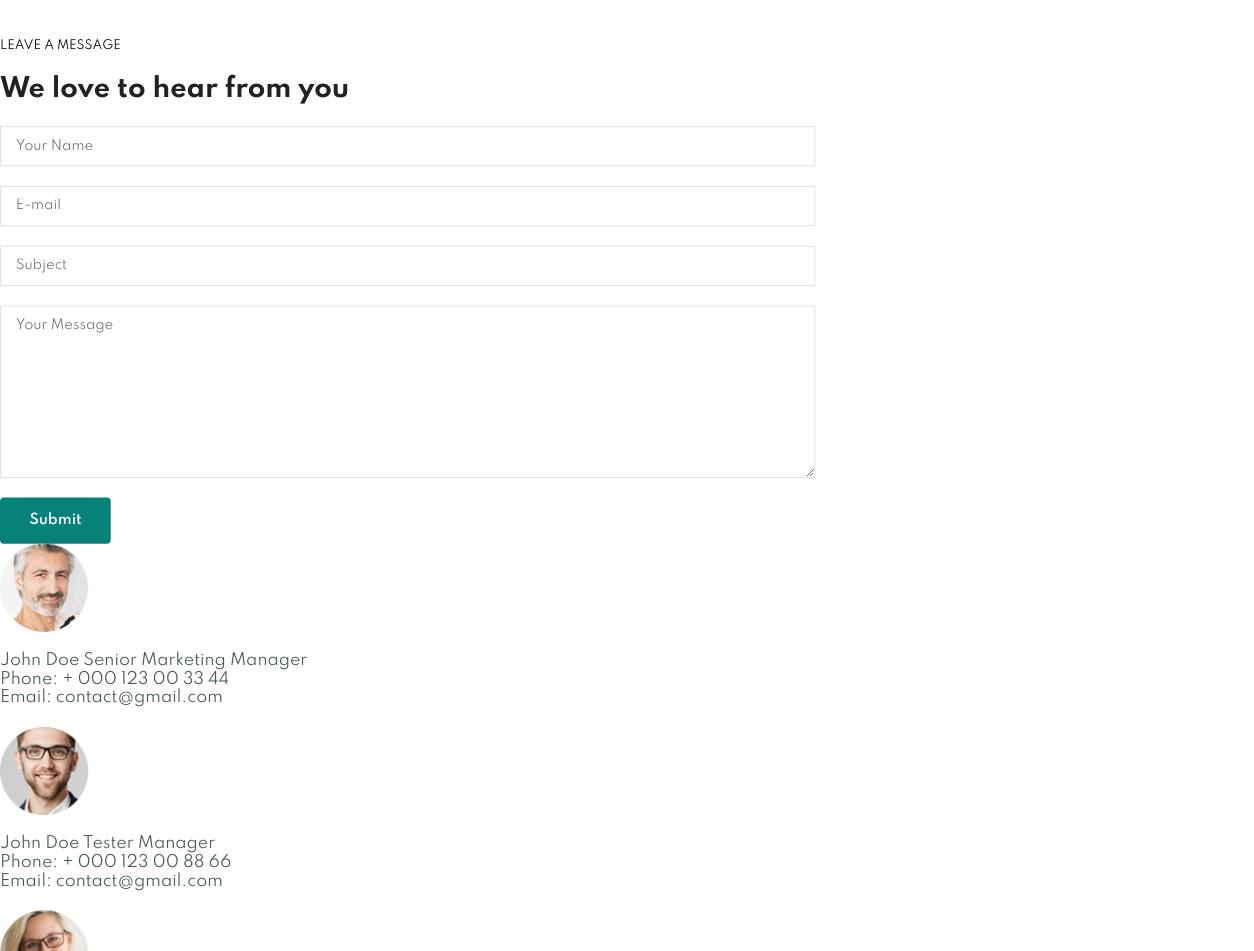
Repository: MinhNhatIT2901/Ecommerce
Page: contact.html
An editor plug-in stored every save of this project. The page is shown before and after the next save, followed by the edit.
The browser window is 1280 px wide. The pictures show the part of the page from y = 813 to 1783 px (the page is 2562 px tall before and 2396 px after), at 98% of full size.
Pictures or frames that could not be fetched are drawn as grey boxes. Some web libraries are served in a nearby version.

Above is the page before, as saved 2022-01-19 21:22:58.

### contact.html
<!DOCTYPE html>
<html lang="en">
<head>
    <meta charset="UTF-8">
    <meta http-equiv="X-UA-Compatible" content="IE=edge">
    <meta name="viewport" content="width=device-width, initial-scale=1.0">
    <title>Ecommerce</title>
    <link rel="stylesheet" href="https://pro.fontawesome.com/releases/v5.10.0/css/all.css" integrity="sha384-AYmEC3Yw5cVb3ZcuHtOA93w35dYTsvhLPVnYs9eStHfGJvOvKxVfELGroGkvsg+p" crossorigin="anonymous"/>
    <link rel="stylesheet" href="./styles/style.css">
</head>
<body>

    <section id="header">
        <a href="">
            <img src="./imgs/img/logo.png" alt="" class="logo">
        </a>
        <div>
            <ul id="navbar">
                <li><a href="index.html">Home</a></li>
                <li><a href="shop.html">Shop</a></li>
                <li><a href="blog.html">Blog</a></li>
                <li><a href="about.html">About</a></li>
                <li><a class="active" href="contact.html">Contact</a></li>
                <li id="lg-bar"><a href="cart.html"><i class="far fa-shopping-bag"></i></a></li>
                <li><a href="login.html"><i class="fas fa-user"></i></a></li>
                <a href="#" id="close">
                    <i class="far fa-times"></i>
                </a>
            </ul>
        </div>
        <div id="mobile">
            <a href="cart.html"><i class="far fa-shopping-bag"></i></a>
            <i id="bar" class="fas fa-outdent"></i>
        </div>
    </section>

    <section id="page-header" class="about-header">
        <h2>#let's_talk</h2>
        <p>LEAVE A MESSAGE, We love to hear from you!</p>
    </section>

    <section class="contact-details section-p1">
        <div class="details">
            <span>GET IN TOUCH</span>
            <h2>Visit one of our agency locations or contact us today</h2>
            <h3>Head Office</h3>
            <div>
                <li>
                    <i class="fal fa-map"></i>
                    <p>56 Glassford Street Glasgow G1 1UL New York</p>
                </li>
                <li>
                    <i class="far fa-envelope"></i>
                    <p>contact@gmail.com</p>
                </li>
                <li>
                    <i class="fas fa-phone-alt"></i>
                    <p>+84 456 9999</p>
                </li>
                <li>
                    <i class="far fa-clock"></i>
                    <p>Monday to Saturday: 9.00am to 16.pm</p>
                </li>
            </div>
        </div>
        <div class="map">
            <iframe src="https://www.google.com/maps/embed?pb=!1m18!1m12!1m3!1d2469.808984134499!2d-1.2565554842535356!3d51.754816379676555!2m3!1f0!2f0!3f0!3m2!1i1024!2i768!4f13.1!3m3!1m2!1s0x4876c6a9ef8c485b%3A0xd2ff1883a001afed!2zxJDhuqFpIGjhu41jIE94Zm9yZA!5e0!3m2!1svi!2s!4v1642600581756!5m2!1svi!2s" width="600" height="450" style="border:0;" allowfullscreen="" loading="lazy"></iframe>
        </div>
    </section>

    <section id="form-details">
        <form action="">
            <span>LEAVE A MESSAGE</span>
            <h2>We love to hear from you</h2>
            <input type="text" placeholder="Your Name">
            <input type="text" placeholder="E-mail">
            <input type="text" placeholder="Subject">
            <textarea name="" id="" cols="30" rows="10" placeholder="Your Message"></textarea>
            <button class="normal">Submit</button>
        </form>

        <div class="people">
            <div>
                <img src="./imgs/img/people/1.png" alt="">
                <p><span>John Doe</span> Senior Marketing Manager <br> Phone: + 000 123
                    00 33 44 <br>Email: contact@gmail.com</p>
            </div>
            <div>
                <img src="./imgs/img/people/2.png" alt="">
                <p><span>John Doe</span> Tester Manager <br> Phone: + 000 123
                    00 88 66 <br>Email: contact@gmail.com</p>
            </div>
            <div>
                <img src="./imgs/img/people/3.png" alt="">
                <p><span>John Doe</span> Senior Marketing Manager <br> Phone: + 000 123
                    00 99 88 <br>Email: contact@gmail.com</p>
            </div>
        </div>
    </section>

    <section id="newsletter" class="section-p1 section-m1">
        <div class="newstext">
            <h4>Sign Up For Newsletters</h4>
            <p>Get E-mail uppdates about our latest shop and <span>special offers</span></p>
        </div>
        <div class="form">
            <input type="text" placeholder="Your email address">
            <button class="normal">Sign Up</button>
        </div>
    </section>

    <footer class="section-p1">
        <div class="col">
            <img  class="logo" src="imgs/img/logo.png" alt="">
            <h4>Contact</h4>
            <p><strong>Address: </strong> 562 Wellington Road, Street 32, San Francisco</p>
            <p><strong>Phone:</strong> +01 2222 365 /(+91) e1 2345 6789</p>
            <p><strong>Hours:</strong> 10:00 - 18:00, Mon - Sat</p>
            <div class="follow">
                <h4>Follow us</h4>
                <div class="icon">
                    <i class="fab fa-facebook-f"></i>
                    <i class="fab fa-twitter"></i>
                    <i class="fab fa-instagram"></i>
                    <i class="fab fa-pinterest-p"></i>
                    <i class="fab fa-youtube"></i>
                </div>
            </div>
        </div>

        <div class="col">
            <h4>About</h4>
            <a href="#">About us</a>
            <a href="#">Delivery Information</a>
            <a href="#">Privacy Policy</a>
            <a href="#">Terms & Conditions</a>
            <a href="#">Contact Us</a>
        </div>

        <div class="col">
            <h4>My Account</h4>
            <a href="#">Sign In</a>
            <a href="#">View Cart</a>
            <a href="#">My Wishlist</a>
            <a href="#">Track My Order</a>
            <a href="#">Help</a>
        </div>

        <div class="col install">
            <h4>Install App</h4>
            <p>From App Store or Google Play</p>
            <div class="row">
                <img src="imgs/img/pay/app.jpg" alt="">
                <img src="imgs/img/pay/play.jpg" alt="">
            </div>
            <p>Secured Payment Gateways </p>
            <img src="imgs/img/pay/pay.png" alt="">
        </div>
    </footer>
    <div class="copyright">
        <p>® 2021, Tech2 etc HTML CSS Ecommerce Templatek</p>
    </div>
    <script src="./styles/style.js"></script>
</body>
</html>

### styles/style.css
@import url("https://fonts.googleapis.com/css2?family=Poppins:wght@400;500;600;700&family=Spartan:wght@400;500;600;700&display=swap");

:root {
  --primary-color: #088178;
}
* {
  padding: 0;
  margin: 0;
  box-sizing: border-box;
  font-family: "Spartan", sans-serif;
}

h1 {
  font-size: 50px;
  line-height: 64px;
  color: #222;
}

h2 {
  font-size: 46px;
  line-height: 54px;
  color: #222;
}

h4 {
  font-size: 20px;
  color: #222;
}

h6 {
  font-weight: 700;
  font-size: 12px;
}

p {
  font-size: 16px;
  color: #465b52;
  margin: 15px 0 20px 0;
}

.section-p1 {
  padding: 40px 80px;
}

.section-m1 {
  margin: 40px 0;
}

button.normal {
  font-size: 14px;
  font-weight: 600;
  padding: 15px 30px;
  color: #000;
  background-color: #fff;
  cursor: pointer;
  border-radius: 4px;
  outline: none;
  transition: 0.25s;
  border: none;
}

button.white {
  font-size: 13px;
  font-weight: 600;
  padding: 11px 18px;
  color: #fff;
  background-color: transparent;
  cursor: pointer;
  outline: none;
  transition: 0.25s;
  border: 1px solid #fff;
  transition: 0.25s ease;
}

body {
  width: 100%;
}

/* Header */
#header {
  display: flex;
  align-items: center;
  justify-content: space-between;
  padding: 20px 80px;
  background: #e3e6f3;
  box-shadow: 0 5px 15px rgba(0, 0, 0, 0.06);
  z-index: 100;
  position: sticky;
  top: 0;
  left: 0;
}

#navbar {
  display: flex;
  align-items: center;
  justify-content: center;
}

#navbar li {
  list-style: none;
  padding: 0 20px;
  position: relative;
}

#navbar li a {
  text-decoration: none;
  font-size: 16px;
  font-weight: 600;
  color: #1a1a1a;
  transition: 0.25s ease;
}

#navbar li a:hover,
#navbar li a.active {
  color: var(--primary-color);
}

#navbar li a.active::after,
#navbar li a:hover::after {
  content: "";
  width: 30%;
  height: 2px;
  position: absolute;
  bottom: -4px;
  left: 20px;
  background: var(--primary-color);
}

#mobile {
  display: none;
  align-items: center;
}

#close {
  display: none;
}

/* Page home */
#hero {
  background-image: url("/imgs/img/hero4.png");
  height: 90vh;
  width: 100%;
  background-position: top 25% right 0;
  background-size: cover;
  padding: 0 80px;
  display: flex;
  align-items: flex-start;
  justify-content: center;
  flex-direction: column;
}

#hero h4 {
  padding-bottom: 15px;
}

#hero h1 {
  color: var(--primary-color);
}

#hero button {
  background-image: url("/imgs/img/button.png");
  background-color: transparent;
  color: var(--primary-color);
  border: 0;
  padding: 14px 80px 14px 65px;
  background-repeat: no-repeat;
  font-weight: 700;
  font-size: 15px;
  cursor: pointer;
}

#feature {
  display: flex;
  align-items: center;
  justify-content: space-between;
  flex-wrap: wrap;
}

#feature .fe-box {
  width: 180px;
  text-align: center;
  padding: 25px 15px;
  box-shadow: 20px 20px 34px rgba(0, 0, 0, 0.03);
  border: 1px solid #cce7d0;
  border-radius: 4px;
  margin: 15px 0;
}

#feature .fe-box:hover {
  box-shadow: 10px 10px 54px rgba(70, 62, 221, 0.1);
  cursor: pointer;
}

#feature .fe-box img {
  width: 100%;
  margin-bottom: 10px;
}

#feature .fe-box h6 {
  padding: 9px 8px 6px 8px;
  line-height: 1;
  border-radius: 4px;
  color: #088178;
  background-color: #fddde4;
}

#feature .fe-box:nth-child(2) h6 {
  background-color: #cdebbc;
}

#feature .fe-box:nth-child(3) h6 {
  background-color: #d1e8f2;
}

#feature .fe-box:nth-child(4) h6 {
  background-color: #cdd4f8;
}

#feature .fe-box:nth-child(5) h6 {
  background-color: #f6dbf6;
}

#feature .fe-box:nth-child(6) h6 {
  background-color: #fff2e5;
}

#product1 {
  text-align: center;
}

#product1 .pro-container {
  display: flex;
  justify-content: space-between;
  padding-top: 20px;
  flex-wrap: wrap;
}

#product1 .pro {
  width: 23%;
  min-width: 250px;
  padding: 10px 12px;
  border: 1px solid #cce7d0;
  border-radius: 25px;
  cursor: pointer;
  box-shadow: 20px 20px 30px rgba(0, 0, 0, 0.02);
  margin: 15px 0;
  transition: 0.25s ease-in;
  position: relative;
}

#product1 .pro:hover {
  box-shadow: 20px 20px 30px rgba(0, 0, 0, 0.06);
}

#product1 .pro img {
  width: 100%;
  border-radius: 20px;
}

#product1 .pro .des {
  text-align: start;
  padding: 10px 0;
}

#product1 .pro .des span {
  color: #606060;
  font-size: 12px;
}

#product1 .pro .des h5 {
  padding-top: 7px;
  color: #1a1a1a;
  font-size: 14px;
}

#product1 .pro .des i {
  font-size: 12px;
  color: rgb(243, 181, 25);
}

#product1 .pro .des h4 {
  padding-top: 17px;
  font-size: 15px;
  font-weight: 700;
  color: var(--primary-color);
}

#product1 .pro .cart {
  width: 40px;
  height: 40px;
  line-height: 40px;
  border-radius: 50px;
  background-color: #e8f6ea;
  color: var(--primary-color);
  border: 1px solid #cce7d0;
  right: 10px;
  position: absolute;
  bottom: 20px;
}

#product1 .pro .cart:hover {
  background-color: #a2fab0;
}

#banner {
  display: flex;
  flex-direction: column;
  justify-content: center;
  align-items: center;
  text-align: center;
  background-image: url("/imgs/img/banner/b2.jpg");
  width: 100%;
  height: 40vh;
  background-size: cover;
  background-position: center;
}

#banner h4 {
  color: #fff;
  font-size: 16px;
}

#banner h2 {
  color: #fff;
  font-size: 30px;
  padding: 10px 0;
}

#banner h2 span {
  color: #ef3636;
}

#banner button:hover {
  background-color: var(--primary-color);
  color: #fff;
}

#sm-banner {
  display: flex;
  justify-content: space-between;
  flex-wrap: wrap;
}

#sm-banner .banner-box {
  display: flex;
  flex-direction: column;
  justify-content: center;
  align-items: flex-start;
  background-image: url("/imgs/img/banner/b17.jpg");
  min-width: 660px;
  height: 50vh;
  background-size: cover;
  background-position: center;
  padding: 30px;
}

#sm-banner h4 {
  color: #fff;
  font-size: 30px;
  font-weight: 300;
}

#sm-banner h2 {
  color: #fff;
  font-size: 28px;
  font-weight: 800;
}

#sm-banner span {
  color: #fff;
  font-size: 16px;
  font-weight: 300;
  padding-bottom: 15px;
}

#sm-banner .banner-box:hover button {
  background: var(--primary-color);
  border: 1px solid var(--primary-color);
}

#sm-banner .banner-box2 {
  background-image: url("/imgs/img/banner/b10.jpg");
}

#banner3 {
  display: flex;
  justify-content: space-between;
  flex-wrap: wrap;
  padding: 0 80px;
}

#banner3 .banner-box {
  display: flex;
  flex-direction: column;
  justify-content: center;
  align-items: flex-start;
  background-image: url("/imgs/img/banner/b7.jpg");
  min-width: 30%;
  height: 30vh;
  background-size: cover;
  background-position: center;
  padding: 20px;
}

#banner3 h2 {
  color: #fff;
  font-weight: 900;
  font-size: 22px;
}

#banner3 h3 {
  color: red;
  font-weight: 800;
  font-size: 15px;
}

#banner3 .banner-box2 {
  background-image: url("/imgs/img/banner/b4.jpg");
}

#banner3 .banner-box3 {
  background-image: url("/imgs/img/banner/b18.jpg");
}

#newsletter {
  display: flex;
  justify-content: space-between;
  flex-wrap: wrap;
  text-align: center;
  background-image: url("/imgs/img/banner/b14.jpg");
  background-repeat: no-repeat;
  background-position: 20% 30%;
  background-color: #041e42;
}

#newsletter h4 {
  font-size: 22px;
  font-weight: 600;
  color: #fff;
}

#newsletter p {
  font-size: 22px;
  font-weight: 600;
  color: #818ea0;
}

#newsletter p span {
  color: #ffbd27;
}

#newsletter .form {
  display: flex;
  height: 3.123rem;
}

.form-input {
  padding: 0 1.25rem;
  font-size: 14px;
  border: 1px solid transparent;
  border-radius: 4px;
  outline: none;
  border-top-right-radius: 0;
  border-bottom-right-radius: 0;
  position: relative;
}

.form-input:focus {
  border-color: #210af7;
}

#newsletter button {
  background-color: var(--primary-color);
  color: #fff;
  white-space: nowrap;
  border-top-left-radius: 0;
  border-bottom-left-radius: 0;
}

footer {
  display: flex;
  flex-wrap: wrap;
  justify-content: space-between;
}

footer .col {
  display: flex;
  flex-direction: column;
  align-items: flex-start;
  margin-bottom: 20px;
}

footer .logo {
  margin-bottom: 30px;
}

footer h4 {
  font-size: 14px;
  padding-bottom: 20px;
}

footer p {
  font-size: 13px;
  margin: 0 0 8px 0;
}

footer a {
  font-size: 13px;
  text-decoration: none;
  color: #222;
  margin-bottom: 10px;
}

footer .follow {
  margin-top: 20px;
}

footer .follow i {
  color: #465b52;
  padding-right: 4px;
  cursor: pointer;
}

.row img:hover {
  cursor: pointer;
  transform: scale(1.03);
}

footer .install .row img {
  border: 1px solid var(--primary-color);
  border-radius: 6px;
}

footer .install img {
  margin: 10px 0 15px 0;
  transition: transform 0.25s linear;
}

footer .follow i:hover,
footer a:hover {
  color: var(--primary-color);
}

.copyright {
  text-align: center;
}

/* Shop */
#page-header {
  background-image: url("/imgs/img/banner/b1.jpg");
  width: 100%;
  height: 40vh;
  background-size: cover;
  display: flex;
  justify-content: center;
  align-items: center;
  text-align: center;
  flex-direction: column;
  padding: 14px;
}

#page-header h2,
#page-header p {
  color: #fff;
}

#pagination {
  text-align: center;
}

#pagination a {
  text-decoration: none;
  background-color: var(--primary-color);
  padding: 15px 20px;
  border-radius: 4px;
  font-weight: 600;
  color: #fff;
}

#pagination a i {
  font-size: 16px;
  font-weight: 600;
}

/* Single Product */
#prodetails {
  display: flex;
  margin-top: 20px;
}
#prodetails .single-pro-img {
  width: 40%;
  margin-right: 50px;
}

.small-img-group {
  display: flex;
  justify-content: space-between;
}

.small-img-col {
  flex-basis: 24%;
  cursor: pointer;
}

.single-pro-details {
  width: 50%;
  padding-top: 30px;
}

.single-pro-details h4 {
  padding: 40px 0 20px 0;
}

.single-pro-details h2 {
  font-size: 26px;
}

.single-pro-details select {
  display: block;
  padding: 5px 10px;
  margin-bottom: 10px;
}

.single-pro-details input {
  width: 50px;
  height: 47px;
  padding-left: 10px;
  font-size: 16px;
  margin-right: 10px;
}

.single-pro-details input:focus {
  outline: none;
}

.single-pro-details button {
  background: var(--primary-color);
  color: #fff;
}

.single-pro-details span {
  line-height: 25px;
}

/* Blog Page */
#page-header.blog-header {
  background-image: url("/imgs/img/banner/b19.jpg");
}

#blog {
  padding: 150px 150px 0 150px;
}

#blog .blog-box {
  position: relative;
  display: flex;
  align-items: center;
  width: 100%;
  padding-bottom: 90px;
}

#blog .blog-img {
  width: 50%;
  margin-right: 40px;
}

#blog img {
  width: 100%;
  height: 300px;
  object-fit: cover;
}

#blog .blog-details {
  width: 50%;
}

#blog .blog-details a {
  text-decoration: none;
  font-size: 11px;
  color: #000;
  font-weight: 700;
  position: relative;
  transition: 0.25 ease;
}

#blog .blog-details a::after {
  content: "";
  width: 50px;
  height: 1px;
  background-color: #000;
  position: absolute;
  top: 4px;
  right: -60px;
}

#blog .blog-details a:hover {
  color: var(--primary-color);
}

#blog .blog-details a:hover::after {
  background-color: var(--primary-color);
}

#blog .blog-box h1 {
  position: absolute;
  top: -40px;
  left: 0;
  font-size: 70px;
  font-weight: 700;
  z-index: -9;
  color: #c9cbce;
}

/* About Page */
#page-header.about-header {
  background-image: url("/imgs/img/about/banner.png");
}

#about-head {
  display: flex;
  align-items: center;
}

#about-head img {
  width: 50%;
  height: auto;
}

#about-head div {
  padding-left: 40px;
}

#about-head div p,
#about-head div abbr {
  line-height: 1.4;
}

#about-app {
  text-align: center;
}

#about-app .video {
  width: 70%;
  height: 100%;
  margin: 30px auto 0;
}

#about-app .video video {
  width: 100%;
  height: 100%;
  border-radius: 20px;
}

/* Contact Page */

.contact-details {
  display: flex;
  align-items: center;
  justify-content: space-between;
}

.contact-details .details {
  width: 40%;
}

.contact-details .details {
  width: 40%;
}

.contact-details .details span,
#form-details form span {
  font-size: 12px;
}

.contact-details .details h2,
#form-details form h2 {
  font-size: 26px;
  line-height: 35px;
  padding: 20px 0;
}

.contact-details .details h3 {
  font-size: 16px;
  padding-bottom: 15px;
}

.contact-details .details li {
  list-style: none;
  display: flex;
  padding: 10px 0;
}

.contact-details .details li i {
  font-size: 14px;
  padding-right: 22px;
}

.contact-details .details li p {
  margin: 0;
  font-size: 14px;
}

.contact-details .map {
  width: 55%;
  height: 400px;
}

.contact-details .map iframe {
  width: 100%;
  height: 100%;
}

#form-details form {
  width: 65%;
  display: flex;
  flex-direction: column;
  align-items: flex-start;
}

#form-details form input,
#form-details form textarea {
  width: 100%;
  padding: 12px 15px;
  outline: none;
  margin-bottom: 20px;
  border: 1px solid #e1e1e1;
}

#form-details form button {
  background-color: #088178;
  color: #fff;
}

/* Reponsive Start Media */
@media (max-width: 799px) {
  .section-p1 {
    padding: 40px 40px;
  }
  #navbar {
    display: flex;
    flex-direction: column;
    align-items: flex-start;
    justify-content: flex-start;
    position: fixed;
    top: 0;
    right: -300px;
    height: 100vh;
    width: 300px;
    background-color: #e3e6f3;
    box-shadow: 0 40px 60px rgba(0, 0, 0, 0.02);
    padding: 80px 0 0 10px;
    transition: 0.25s ease;
  }

  #navbar.active {
    right: 0;
  }

  #navbar li {
    margin-bottom: 25px;
  }

  #mobile {
    display: flex;
    align-items: center;
  }

  #mobile i {
    color: #1a1a1a;
    font-size: 24px;
    padding-left: 20px;
  }

  #close {
    position: absolute;
    top: 30px;
    right: 30px;
    color: #222;
    font-size: 24px;
    display: initial;
  }

  #lg-bar {
    display: none;
  }

  #hero {
    height: 70vh;
    padding: 0 80px;
    display: flex;
    background-position: top 30% right 30%;
  }

  #feature {
    justify-content: center;
  }

  #feature .fe-box {
    margin: 15px;
  }

  #product1 .pro-container {
    justify-content: center;
  }

  #product1 .pro {
    margin: 15px;
  }

  #banner {
    height: 20vh;
  }

  #sm-banner .banner-box {
    min-width: 100%;
    height: 30vh;
  }

  #banner3 {
    padding: 0 40px;
  }

  #banner3 .banner-box {
    width: 28%;
  }

  #newsletter .form {
    width: 100%;
  }
}

@media (max-width: 477px) {
  .section-p1 {
    padding: 20px;
  }

  #header {
    padding: 10px 30px;
  }

  h1 {
    font-size: 38px;
  }

  h2 {
    font-size: 32px;
  }

  #hero {
    padding: 0 20px;
    background-position: 55%;
  }

  #feature {
    justify-content: space-between;
  }

  #feature .fe-box {
    width: 155px;
    margin: 0 0 15px 0;
  }

  #product1 .pro {
    width: 100%;
  }

  #banner {
    height: 40vh;
  }

  #sm-banner .banner-box {
    height: 40vh;
  }

  #sm-banner .banner-box2 {
    margin-top: 20px;
  }

  #banner3 {
    padding: 0 20px;
  }

  #banner3 .banner-box {
    width: 100%;
  }

  #newsletter {
    padding: 40px 20px;
  }

  #newsletter .form {
    width: 100%;
  }

  /* Single Product */
  #prodetails {
    display: flex;
    flex-direction: column;
  }
  #prodetails .single-pro-img {
    width: 100%;
    margin-right: 0px;
  }
  .single-pro-details {
    width: 100%;
  }

  /* Blog Page */
  #blog {
    padding: 100px 20px 0 20px;
  }

  #blog .blog-box {
    display: flex;
    flex-direction: column;
    align-items: flex-start;
  }

  #blog .blog-img {
    width: 100%;
    margin-bottom: 30px;
  }

  #blog .blog-details {
    width: 100%;
  }

  /* About Page */
  #about-head {
    flex-direction: column;
  }

  #about-head img {
    width: 100%;
    margin-bottom: 20px;
  }

  #about-head .video {
    width: 100%;
  }
}

### styles/style.js
const bar = document.getElementById('bar')
const nav = document.getElementById('navbar')
const cl = document.getElementById('close')

if (bar) {
    bar.addEventListener('click', () => {
        nav.classList.add('active')
    })
}

if (cl) {
    cl.addEventListener('click', () => {
        nav.classList.remove('active')
    })
}

After the next save:
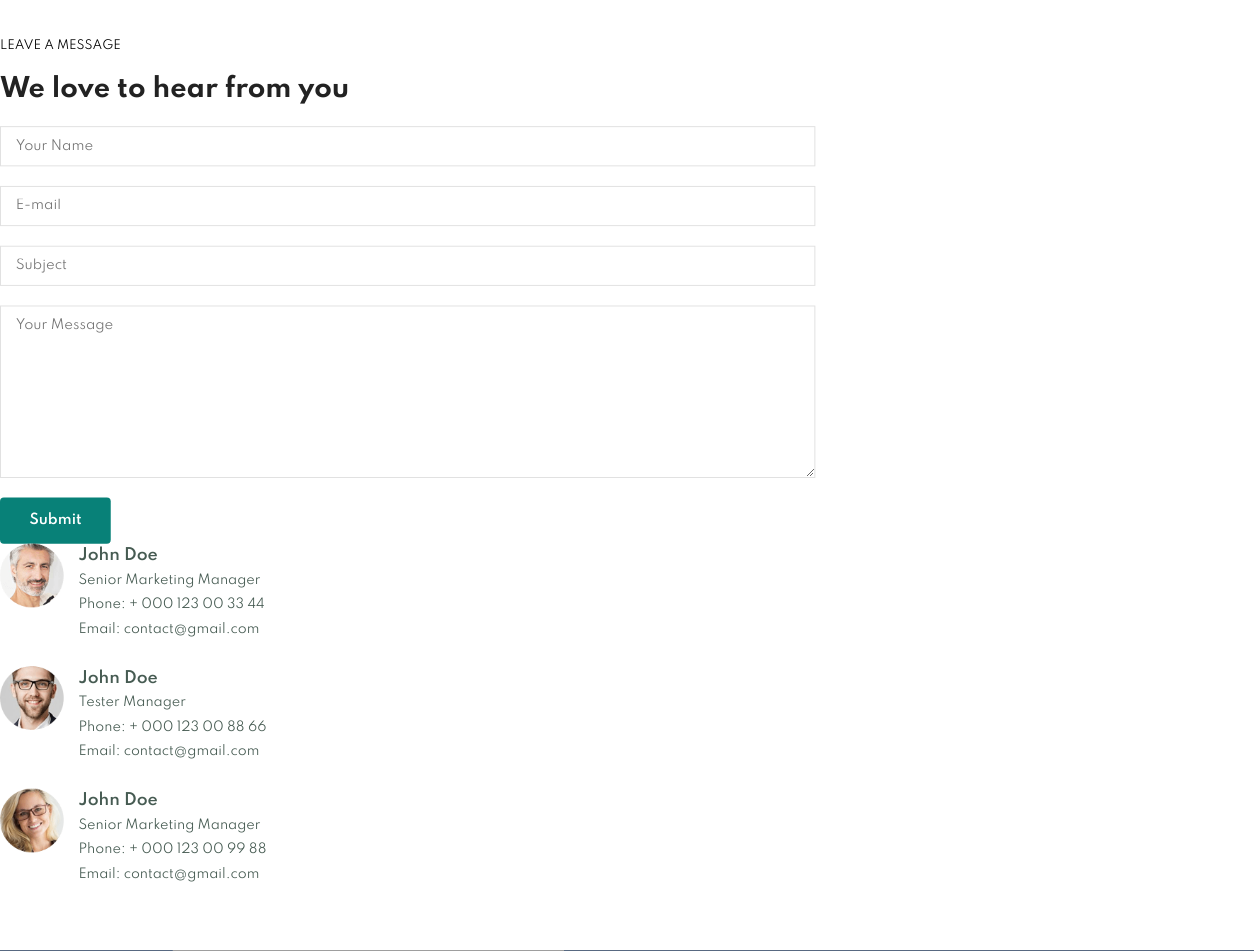
Saved 3 min 14 s later.
--- a/styles/style.css
+++ b/styles/style.css
@@ -829,6 +829,32 @@ footer a:hover {
 #form-details form button {
   background-color: #088178;
   color: #fff;
+}
+
+#form-details .people div {
+  padding-bottom: 25px;
+  display: flex;
+  align-items: flex-start;
+}
+
+#form-details .people div img {
+  width: 65px;
+  height: 65px;
+  object-fit: cover;
+  margin-right: 15px;
+}
+
+#form-details .people div p {
+  margin: 0;
+  font-size: 13px;
+  line-height: 25px;
+}
+
+#form-details .people div p span {
+  display: block;
+  font-size: 16px;
+  font-weight: 600;
+  color: O#00e;
 }
 
 /* Reponsive Start Media */
